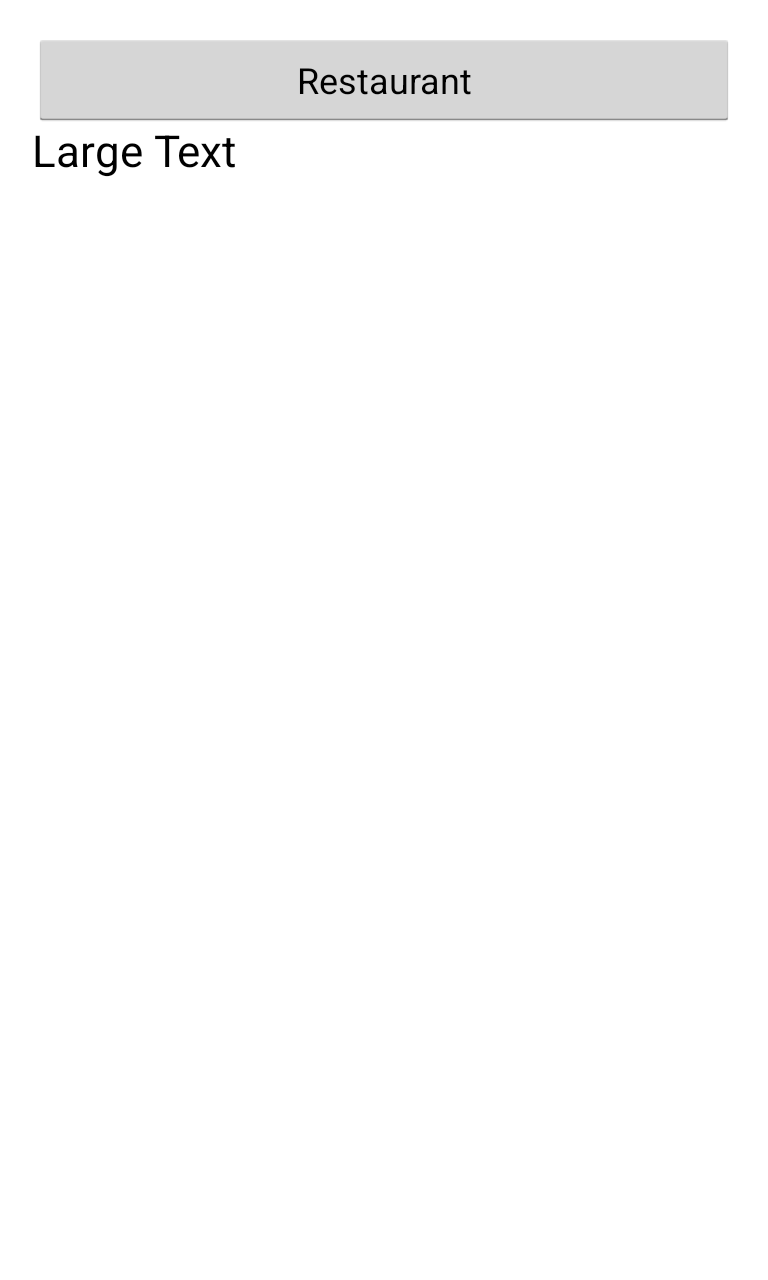
Repository: AldrichW/McGill-Hacks
Layout: TapInto/res/layout/fragment_main_dummy.xml
An editor plug-in stored every save of this project. The layout is shown before and after the next save, followed by the edit.
It is drawn on a 768 x 1280 px phone screen (xhdpi) without system bars, with theme AppTheme; the app's code is not run.

Above is the layout before, as saved 2014-02-22 21:58:02.

After the next save:
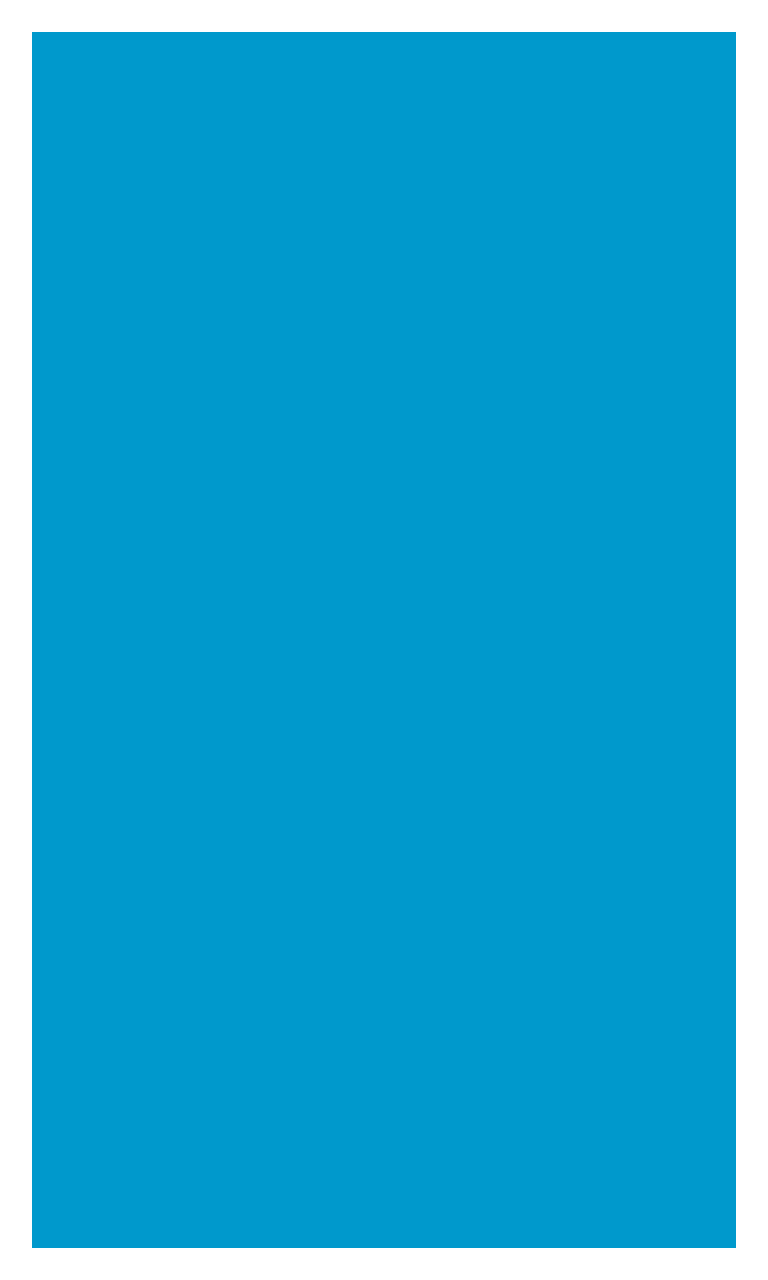
Saved 6 min 24 s later.
--- a/TapInto/res/layout/fragment_main_dummy.xml
+++ b/TapInto/res/layout/fragment_main_dummy.xml
@@ -13,22 +13,25 @@
         android:layout_width="wrap_content"
         android:layout_height="wrap_content" />
 
-    <Button
-        android:id ="@+id/restaurant_button"
-        android:layout_width = "fill_parent"
-        android:layout_height = "wrap_content"
-        android:text = "@string/restaurant"
-        />
+<ScrollView xmlns:android="http://schemas.android.com/apk/res/android"
+    android:layout_width="match_parent"
+    android:layout_height="match_parent"
+    android:background="#0099cc"
+    android:orientation="vertical">
+
+    <LinearLayout
+    android:id="@+id/parentLayout"
+    android:layout_width="match_parent"
+    android:layout_height="wrap_content"
+    android:background="#0099cc"
+    android:orientation="vertical">
+
+    </LinearLayout>
 
 
-    <TextView
-        android:id="@+id/contentView"
-        android:layout_width="wrap_content"
-        android:layout_height="wrap_content"
-        android:layout_marginTop="44dp"
-        android:layout_toRightOf="@+id/section_label"
-        android:text="Large Text"
-        android:textAppearance="?android:attr/textAppearanceLarge" />
+
+
+</ScrollView>
 
 
 </RelativeLayout>
